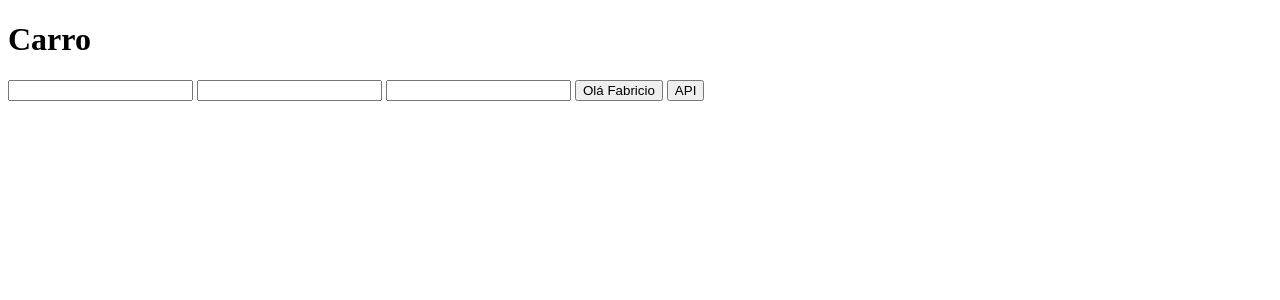
Repository: KennedyWanderson/applying-API
Page: index.html
These files come from the project's save history. The page is drawn as it stood at one moment and after the next save; the edit follows.
The browser window is 1280 px wide. The pictures show the whole page.

Above is the page before, as saved 2024-01-14 14:48:28.

After the next save:
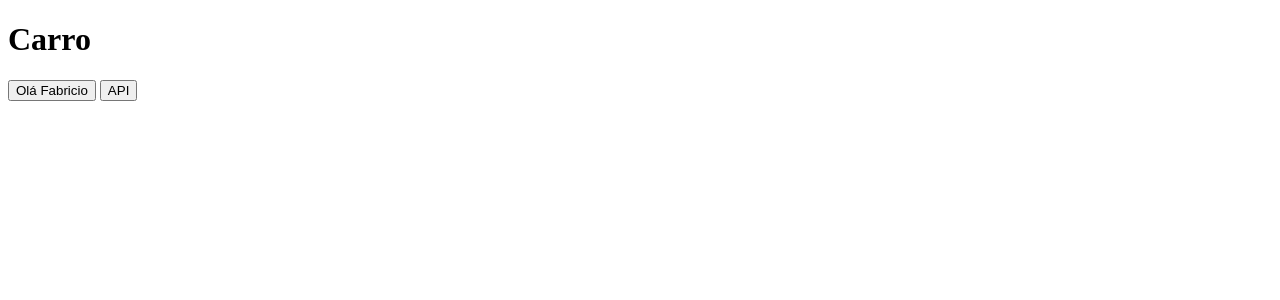
Saved 22 s later.
--- a/index.html
+++ b/index.html
@@ -8,9 +8,9 @@
 <body>
     <h1>Carro</h1>
     <div id="Marca"></div>
+        <!-- <input type="text" id="link">
         <input type="text" id="link">
-        <input type="text" id="link">
-        <input type="text" id="link">
+        <input type="text" id="link"> -->
 
         <button onclick="Teste()">Olá Fabricio</button>
         <button onclick="Get()">API</button>
